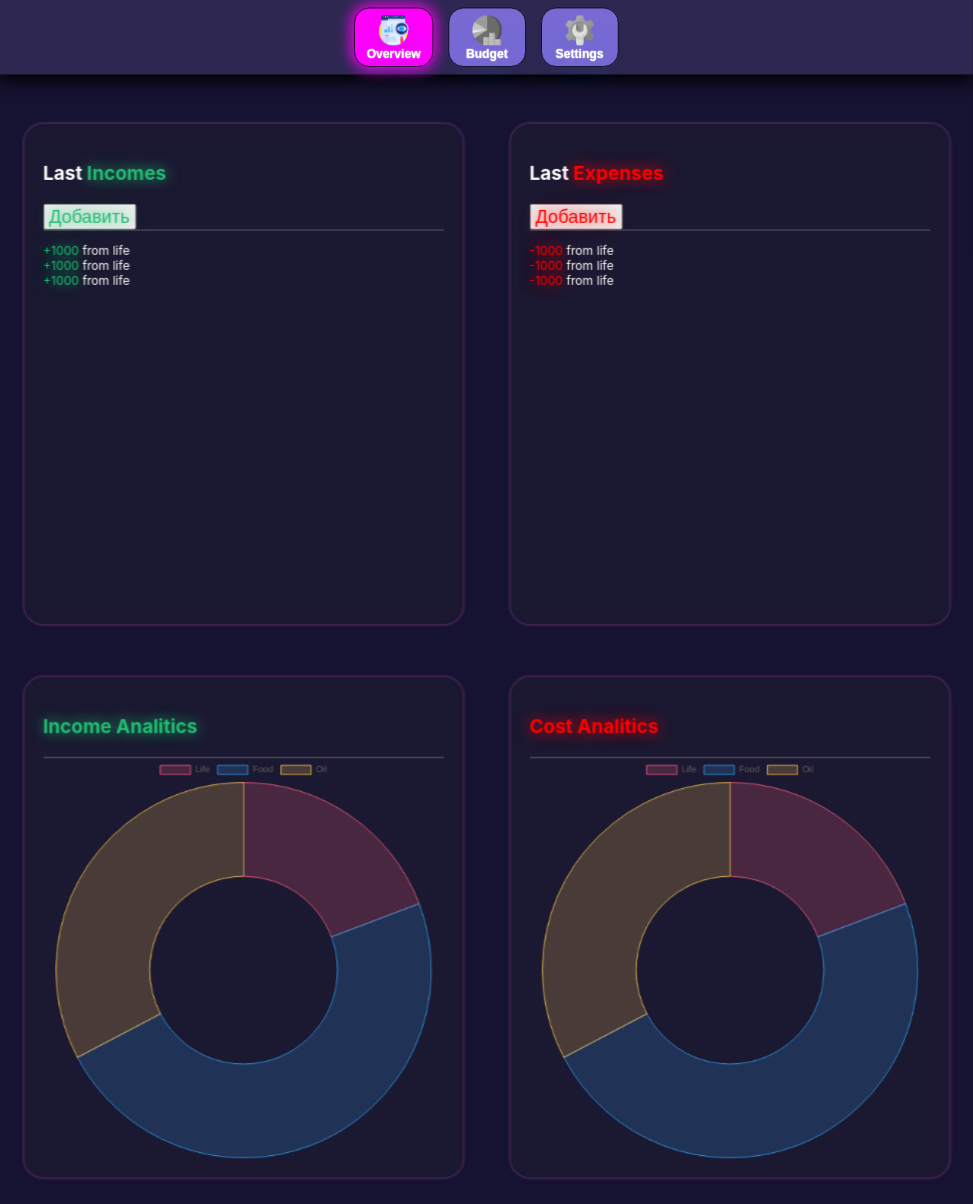
Repository: Minkeani/Money-Manager
Page: /Overview
An editor plug-in stored every save of this project. The page is shown before and after the next save, followed by the edit.
The browser window is 1280 px wide. The pictures show the whole page, at 76% of full size.
The project was rebuilt for these pictures with package versions that can differ from the ones it lists, and the page was loaded fresh each time. Also part of the build but not shown: src/components/Budget/Budget.module.css, src/components/Budget/Budget.jsx, src/components/Settings/Settings.jsx, src/components/NotFound/NotFound.module.css, src/components/NotFound/NotFound.jsx.

Above is the page before, as saved 2022-07-17 18:40:22.

After the next save:
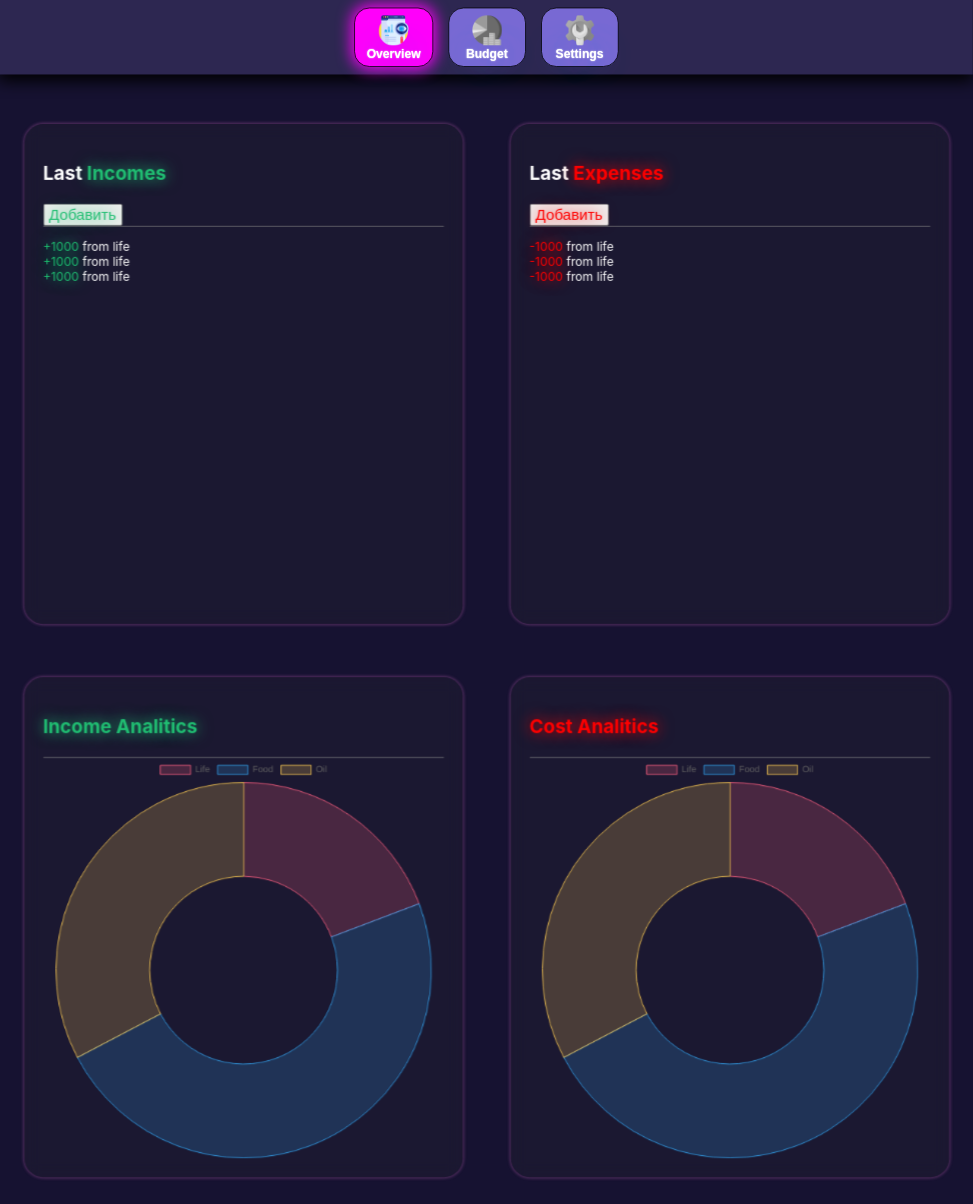
Saved 4 s later.
--- a/src/components/OverviewBlocks/OverviewBlock/Overview.module.css
+++ b/src/components/OverviewBlocks/OverviewBlock/Overview.module.css
@@ -14,7 +14,7 @@
 }
 
 .container button {
-    font-size: 1.5rem;
+    font-size: 1.25rem;
 }
 
 .title {
